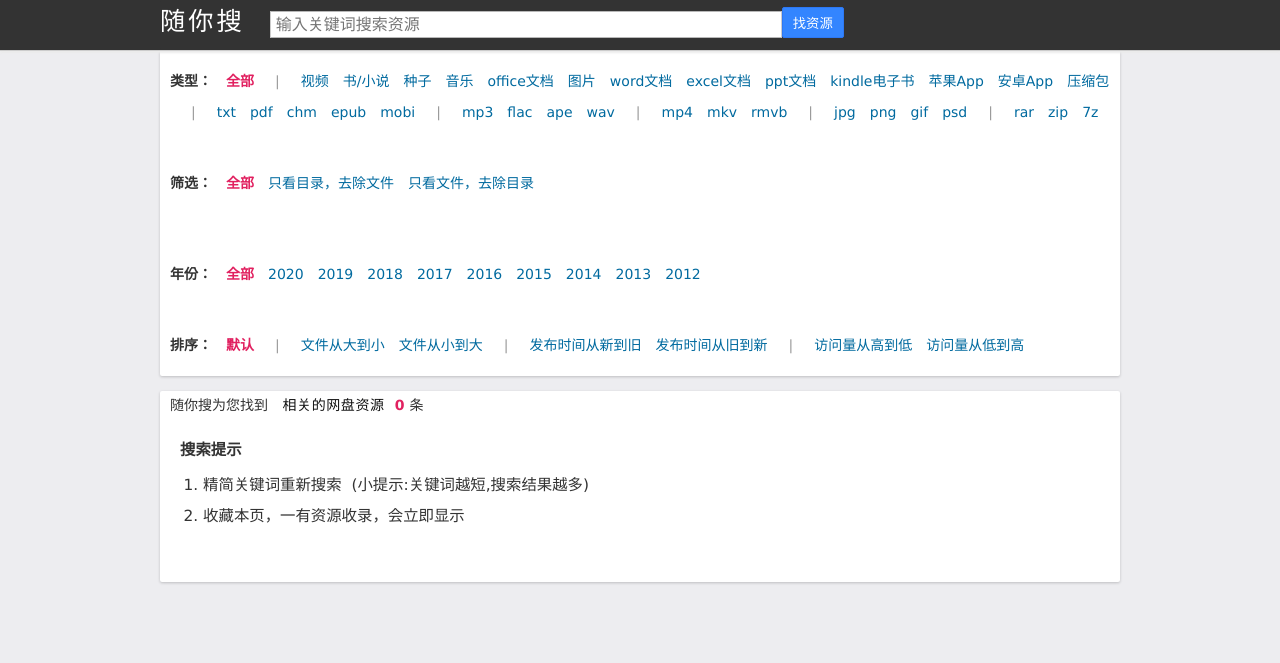
Repository: youngsailsail/nodeStudy
Page: / (app in 爬虫/前端vue/search-book/)
These files come from the project's save history. The page is drawn as it stood at one moment and after the next save; the edit follows.
The browser window is 1280 px wide. The pictures show the whole page.
The project was rebuilt for these pictures with package versions that can differ from the ones it lists, and the page was loaded fresh each time. Also part of the build but not shown: 爬虫/前端vue/search-book/vue.config.js.

Above is the page before, as saved 2020-05-09 21:49:27.

After the next save:
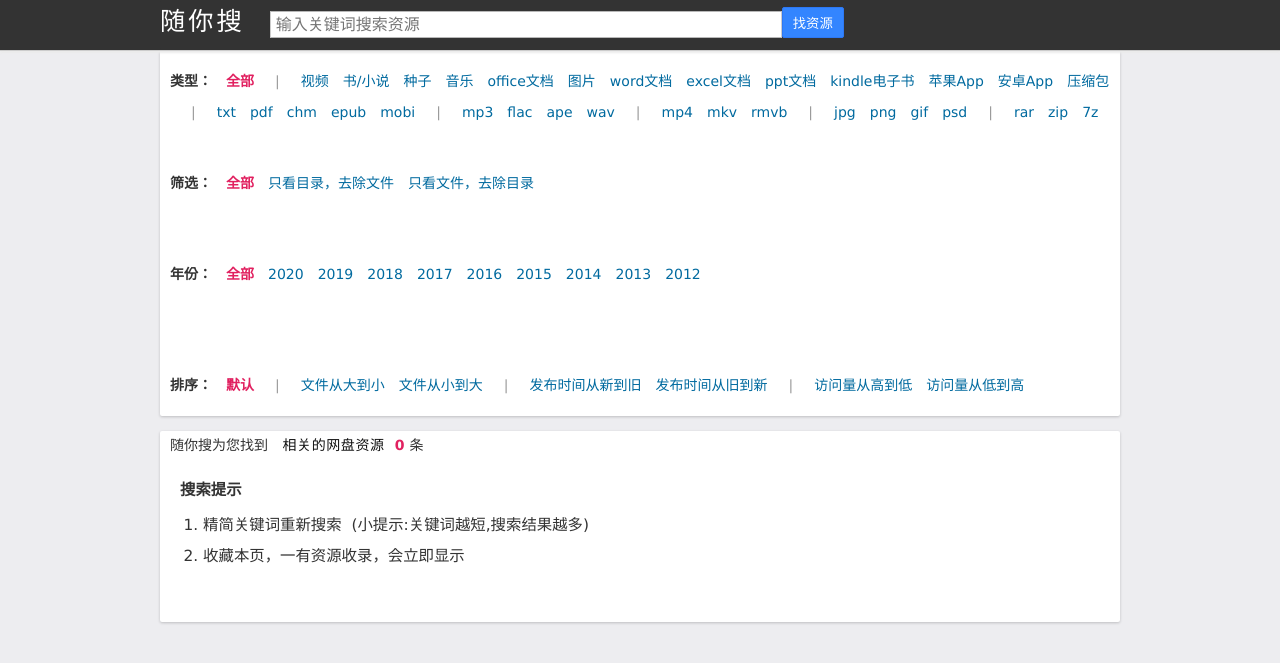
Saved 9 s later.
--- a/爬虫/前端vue/search-book/src/components/FilterBook.vue
+++ b/爬虫/前端vue/search-book/src/components/FilterBook.vue
@@ -64,7 +64,7 @@
       </div>
       <div class="sep sep4">
         <b>排序：</b>
-        <a class="on isAll" rel="nofollow" data="s-" isAll>默认</a>
+        <a class="on sep4 isAll" rel="nofollow" data="s-" isAll>默认</a>
         <span class="sep">|</span>
         <a rel="nofollow" data="s-size1">文件从大到小</a>
         <a rel="nofollow" data="s-size2">文件从小到大</a>
